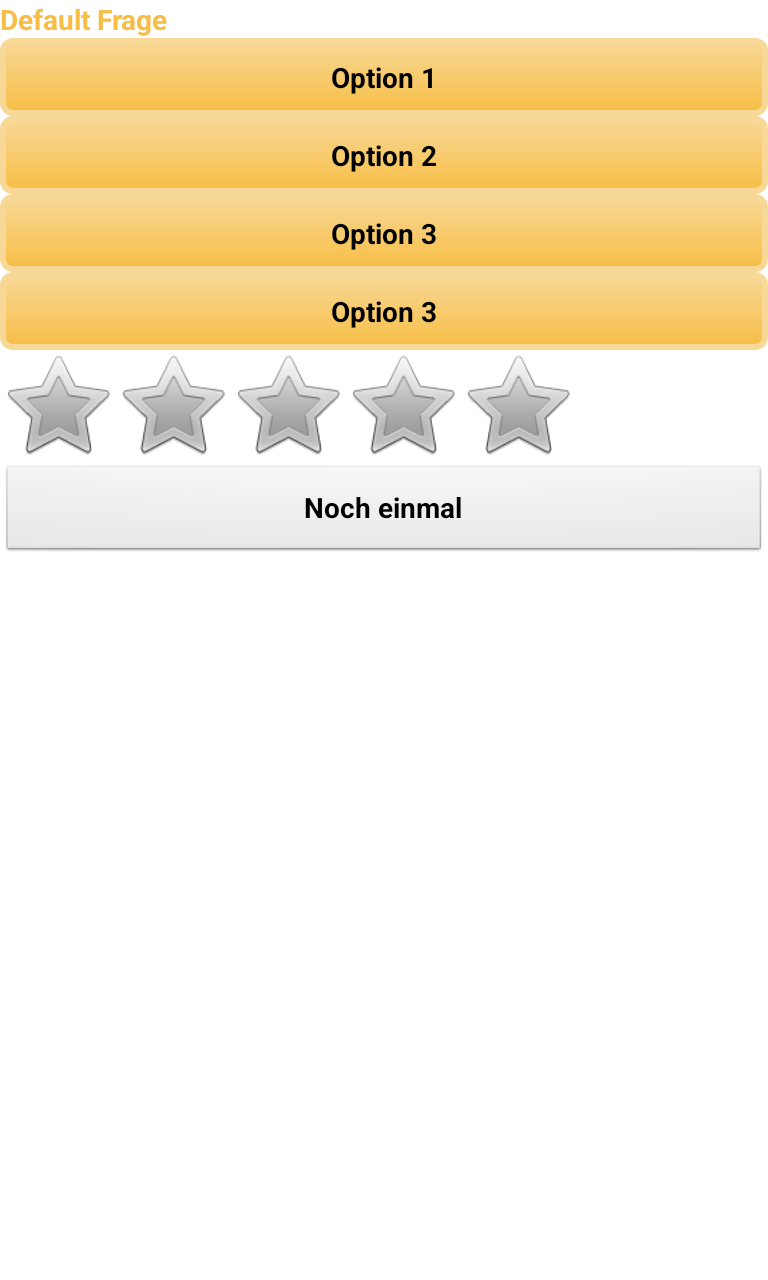
Repository: rueckemann/WWM
Layout: WWM/res/layout/main.xml
The author's editor kept a copy of each file at every save. The layout is drawn from the files as they stood at one save, then again after the next save.
It is drawn on a 768 x 1280 px phone screen (xhdpi) without system bars, with theme WWM_Style; the app's code is not run.

Above is the layout before, as saved 2012-02-20 20:42:06.

### WWM/res/layout/main.xml
<?xml version="1.0" encoding="utf-8"?>

<LinearLayout xmlns:android="http://schemas.android.com/apk/res/android"
	    android:id="@+id/Layout1"
	    android:layout_width="fill_parent"
	    android:layout_height="fill_parent"
	    android:orientation="vertical" >


    <TextView
        android:id="@+id/tvQuestion"
        android:layout_width="fill_parent"
        android:layout_height="wrap_content"
        android:text="@string/frage" />

		<Button
            android:id="@+id/btOption1"
            android:layout_width="fill_parent"
            android:layout_height="wrap_content"
            android:background="@drawable/button_selector"
            android:paddingTop="10dp"
            android:text="@string/option1" />
    <Button
        android:id="@+id/btOption2"
        android:layout_width="fill_parent"
        android:layout_height="wrap_content"
        android:background="@drawable/button_selector"
        android:paddingTop="10dp"
        android:text="@string/option2"  />

    <Button
        android:id="@+id/btOption3"
        android:layout_width="fill_parent"
        android:layout_height="wrap_content"
        android:background="@drawable/button_selector"
        android:text="@string/option3" />


    <Button
        android:id="@+id/btOption4"
        android:layout_width="fill_parent"
        android:layout_height="wrap_content"
        android:background="@drawable/button_selector"
        android:text="@string/option4" />

 <RatingBar
        android:id="@+id/ratingBar1"
        android:layout_width="wrap_content"
        android:layout_height="wrap_content"
        android:stepSize="1"
        android:numStars="5" />

    <Button
        android:id="@+id/btRetry"
        android:layout_width="fill_parent"
        android:layout_height="wrap_content"
        android:text="@string/retry" />

</LinearLayout>

### WWM/res/values/styles.xml
<?xml version="1.0" encoding="utf-8"?>
<resources>

   <style name="WWM_Style" parent="android:Theme.Light">

	    <item name="android:textSize">14sp</item>
	    <item name="android:textColor">#F7BE45</item>
	    <item name="android:textStyle">bold</item>

        <item name="android:windowTitleBackgroundStyle">@color/titlebackgroundcolor</item>
    </style>

   <style name="WWM_TextAppearance" parent="@android:style/TextAppearance">
	  </style>
</resources>

### WWM/res/values/colors.xml
<?xml version="1.0" encoding="utf-8"?>
<resources>
     <color name="black">#000</color>
     <color name="blue">#00f</color>
     <color name="red">#f00</color>
     <color name="grey">#f00</color>
     <color name="yellow1">#F9E60E</color>
	   <color name="yellow2">#F9F89D</color>
	   <color name="orange4">#F7BE45</color>
	   <color name="orange5">#F7D896</color>
	   <color name="blue2">#19FCDA</color>
	   <color name="blue25">#D9F7F2</color>
	   <color name="grey05">#ACA899</color>
	   <color name="white1">#FFFFFF</color>
	   <color name="white2">#DDDDDD</color>

     <color name="titlebackgroundcolor">#3232CD</color>
     <color name="backgroundcolor">#3232CD</color>
     <color name="titletextcolor">#FFFF00</color>

</resources>

### WWM/res/values/strings.xml
<?xml version="1.0" encoding="utf-8"?>
<resources>

    <string name="app_name">Wer wird Millionär?</string>

    <string name="frage">Default Frage</string>
    <string name="stufe">Stufe 1</string>
    <string name="option1">Option 1</string>
    <string name="option2">Option 2</string>
    <string name="option3">Option 3</string>
    <string name="option4">Option 3</string>

    <string name="retry">Noch einmal</string>
</resources>

### WWM/res/drawable-hdpi/button_selector.xml
<?xml version="1.0" encoding="UTF-8"?>

<selector
    xmlns:android="http://schemas.android.com/apk/res/android">

    <item android:state_pressed="true" >
        <shape>
            <gradient
                android:startColor="@color/blue"
                android:endColor="@color/blue"
                android:angle="270" />
            <stroke
                android:width="3dp"
                android:color="@color/grey" />
            <corners
                android:radius="3dp" />
            <padding
                android:left="10dp"
                android:top="10dp"
                android:right="10dp"
                android:bottom="10dp" />
        </shape>
    </item>

    <item android:state_focused="true" >
        <shape>
            <gradient
                android:endColor="@color/orange4"
                android:startColor="@color/orange5"
                android:angle="270" />
            <stroke
                android:width="3dp"
                android:color="@color/grey05" />
            <corners
                android:radius="3dp" />
            <padding
                android:left="10dp"
                android:top="10dp"
                android:right="10dp"
                android:bottom="10dp" />
        </shape>
    </item>

    <item>
        <shape>
            <gradient
                android:endColor="@color/orange4"
                android:startColor="@color/orange5"
                android:angle="270" />
            <stroke
                android:width="3dp"
                android:color="@color/orange5" />
            <corners
                android:radius="5dp" />
            <padding
                android:left="10dp"
                android:top="10dp"
                android:right="10dp"
                android:bottom="10dp" />
        </shape>
    </item>
</selector>

After the next save:
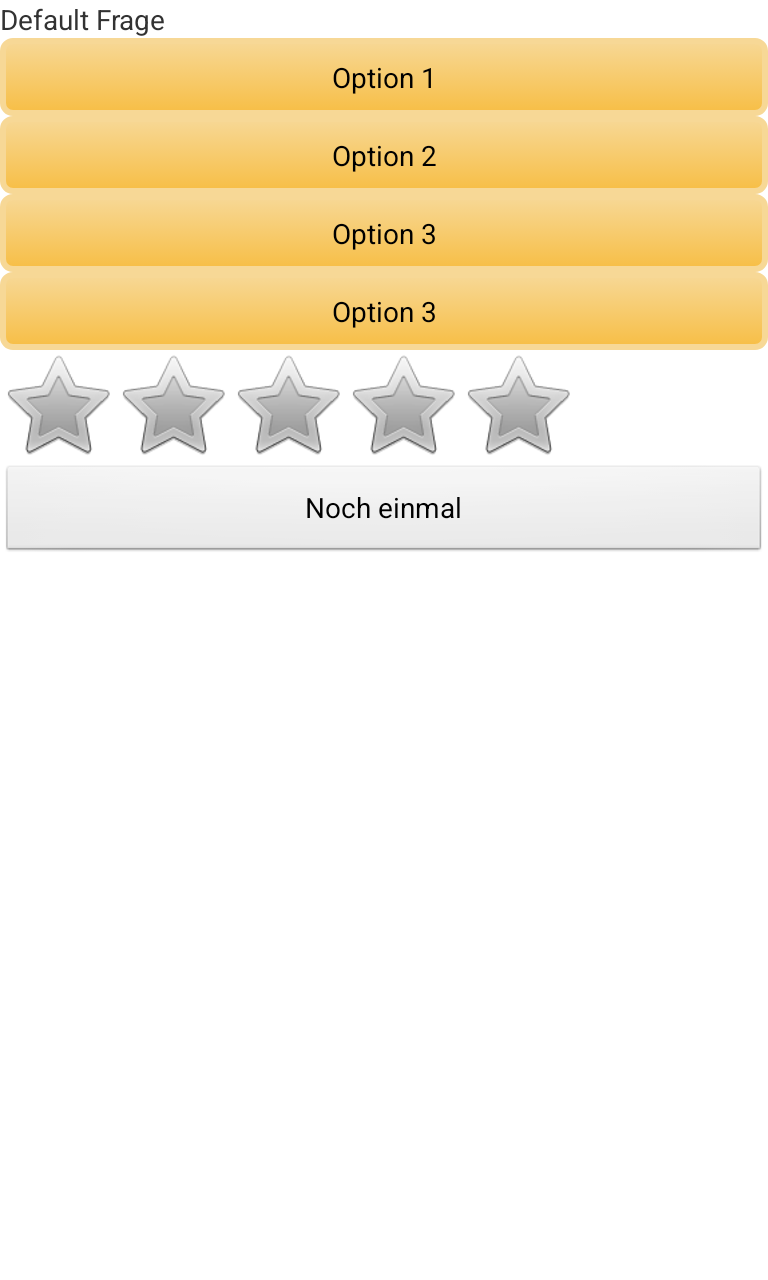
Saved 69 s later.
--- a/WWM/res/values/styles.xml
+++ b/WWM/res/values/styles.xml
@@ -2,13 +2,13 @@
 <resources>
 
    <style name="WWM_Style" parent="android:Theme.Light">
-
+ <!--
 	    <item name="android:textSize">14sp</item>
 	    <item name="android:textColor">#F7BE45</item>
 	    <item name="android:textStyle">bold</item>
 
         <item name="android:windowTitleBackgroundStyle">@color/titlebackgroundcolor</item>
-    </style>
+ -->    </style>
 
    <style name="WWM_TextAppearance" parent="@android:style/TextAppearance">
 	  </style>
